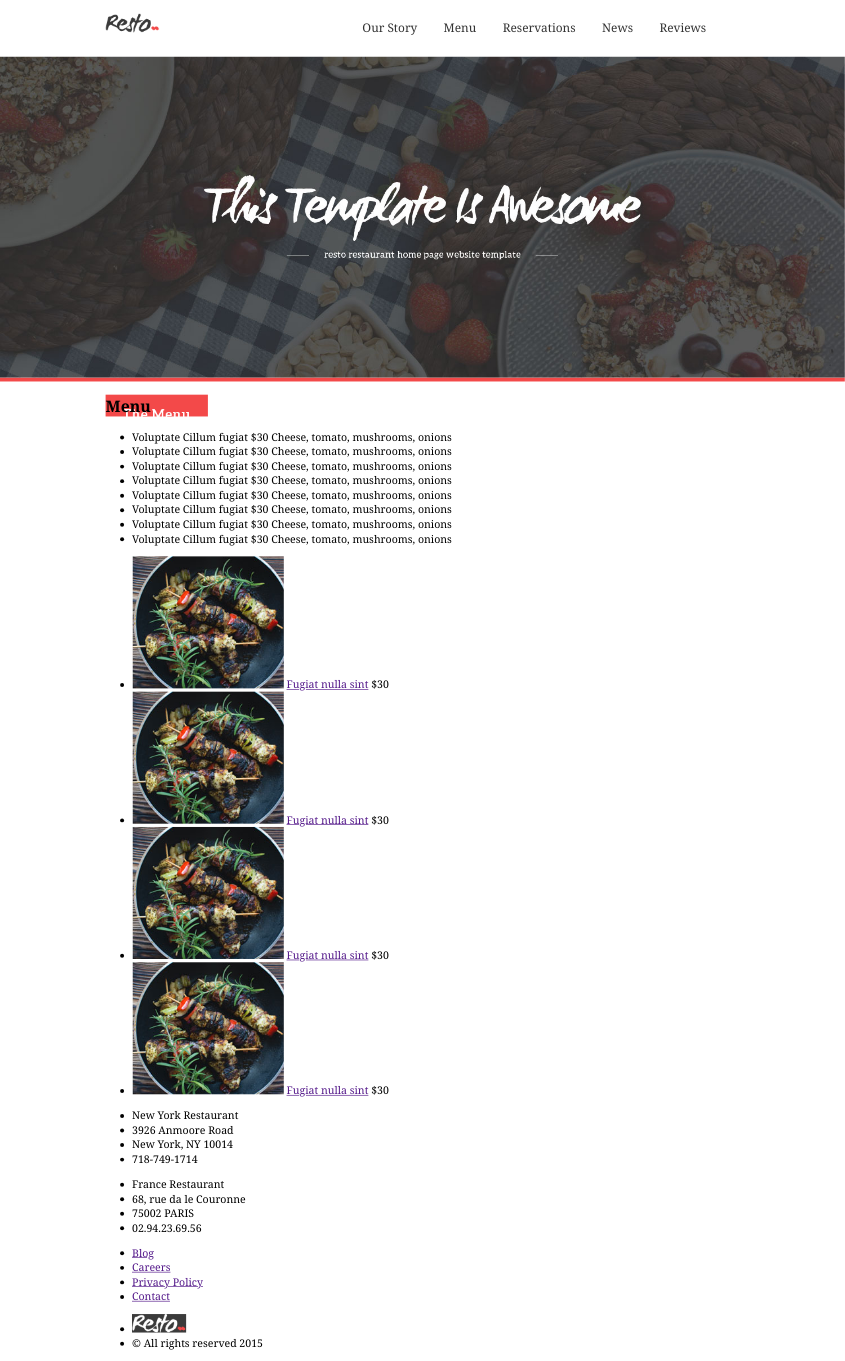
Repository: Piterwk1/psd-to-wordpress
Page: index.html
The author's editor kept a copy of each file at every save. The page is drawn from the files as they stood at one save, then again after the next save.
The browser window is 1280 px wide. The pictures show the whole page, at 66% of full size.

Above is the page before, as saved 2021-09-23 00:52:20.

After the next save:
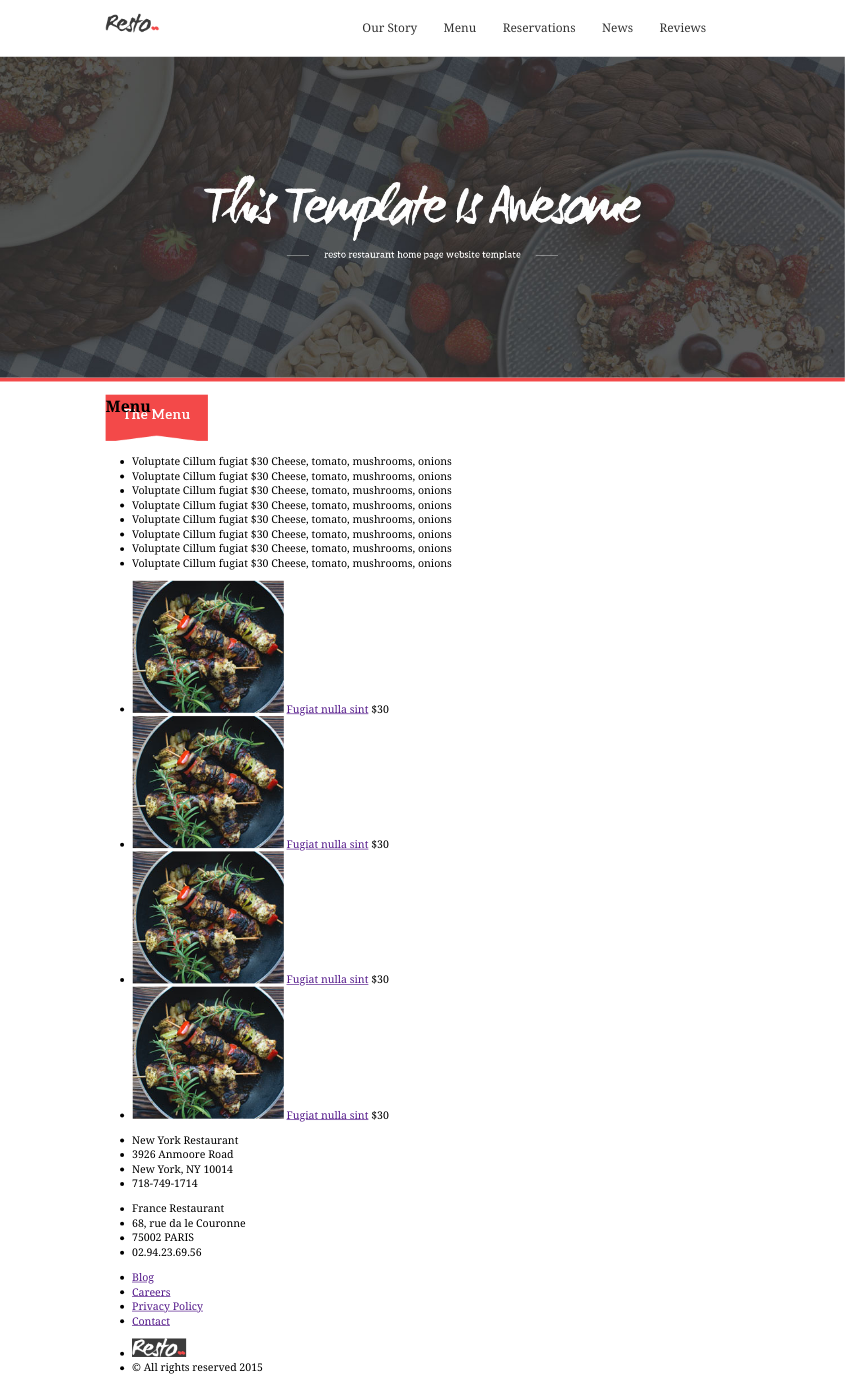
Saved 20 s later.
--- a/style.css
+++ b/style.css
@@ -66,4 +66,6 @@ nav {
 #home-menu h2 {
     background-image: url(images/menu-head.png);
     background-repeat: no-repeat;
+    width: 156px;
+    height: 70px;
 }
